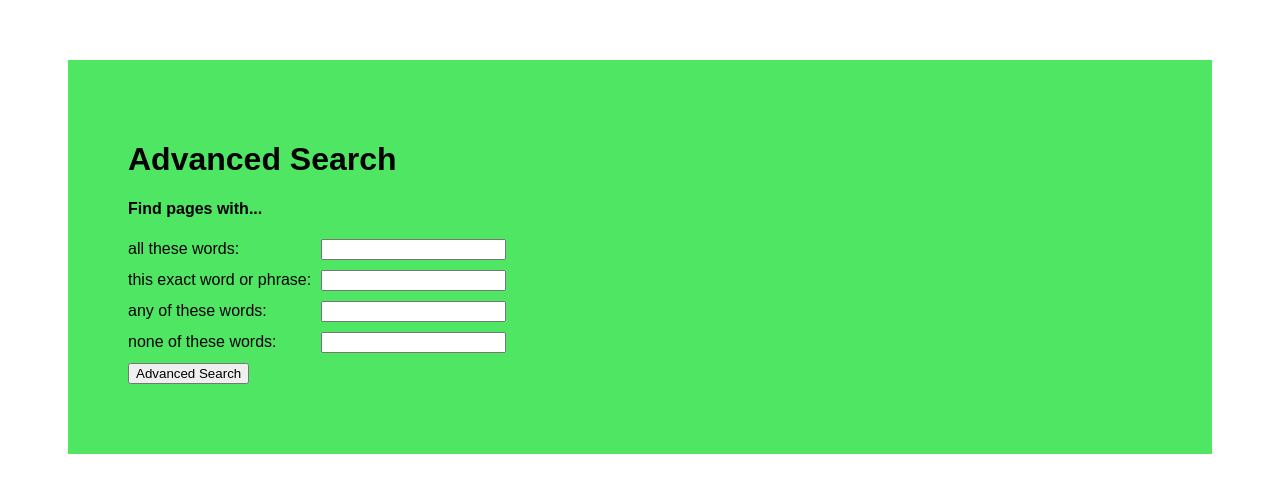
Repository: etentuk/search
Page: advanced_search.html
These files come from the project's save history. The page is drawn as it stood at one moment and after the next save; the edit follows.
The browser window is 1280 px wide. The pictures show the whole page.

Above is the page before, as saved 2021-11-04 21:47:43.

After the next save:
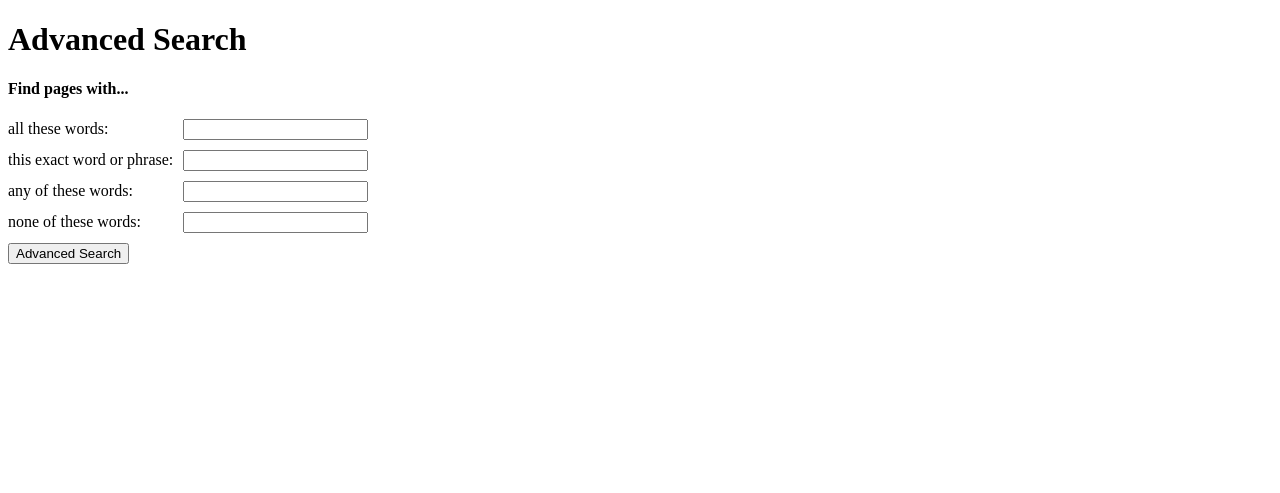
Saved 11 min 44 s later.
--- a/advanced_search.html
+++ b/advanced_search.html
@@ -8,7 +8,7 @@
 
 <body>
 
-    <div class="contentContainer">
+    <div id="contentContainer">
         <div>
             <h1>Advanced Search</h1>
             <div>

After the 2 saves that followed:
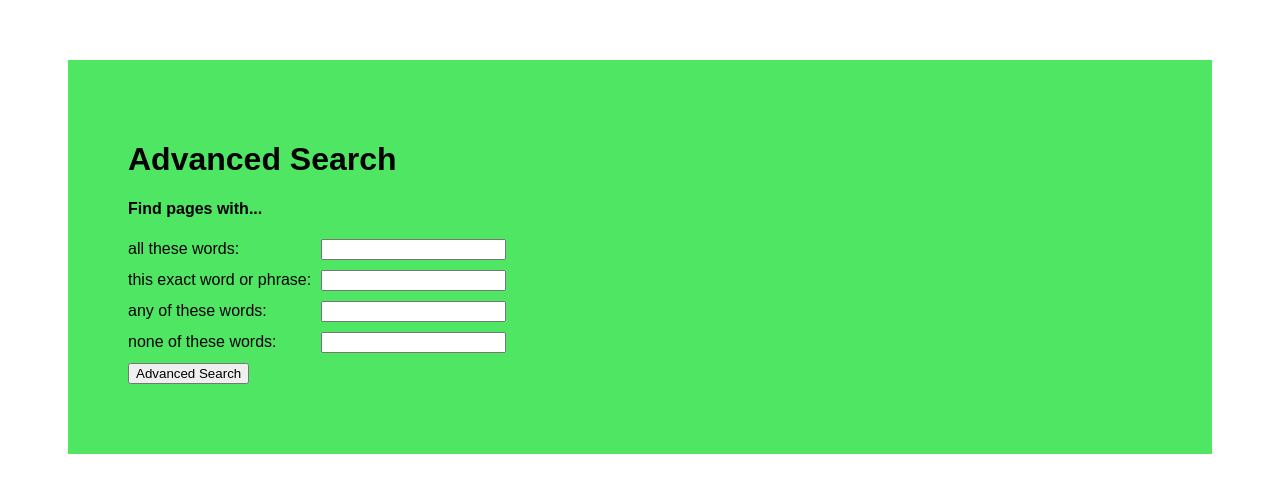
The 2 saves are shown as one change because 1 left the picture as it was.
The last was saved 28 s later.
--- a/advanced_search.html
+++ b/advanced_search.html
@@ -8,7 +8,7 @@
 
 <body>
 
-    <div id="contentContainer">
+    <div id="container">
         <div>
             <h1>Advanced Search</h1>
             <div>
--- a/styles.css
+++ b/styles.css
@@ -16,7 +16,7 @@ label {
   padding-right: 10px;
 }
 
-div.contentContainer {
+#container {
   font-family: Arial, Helvetica, sans-serif;
   background-color: rgb(78, 230, 98);
   /* width: 100%; */
